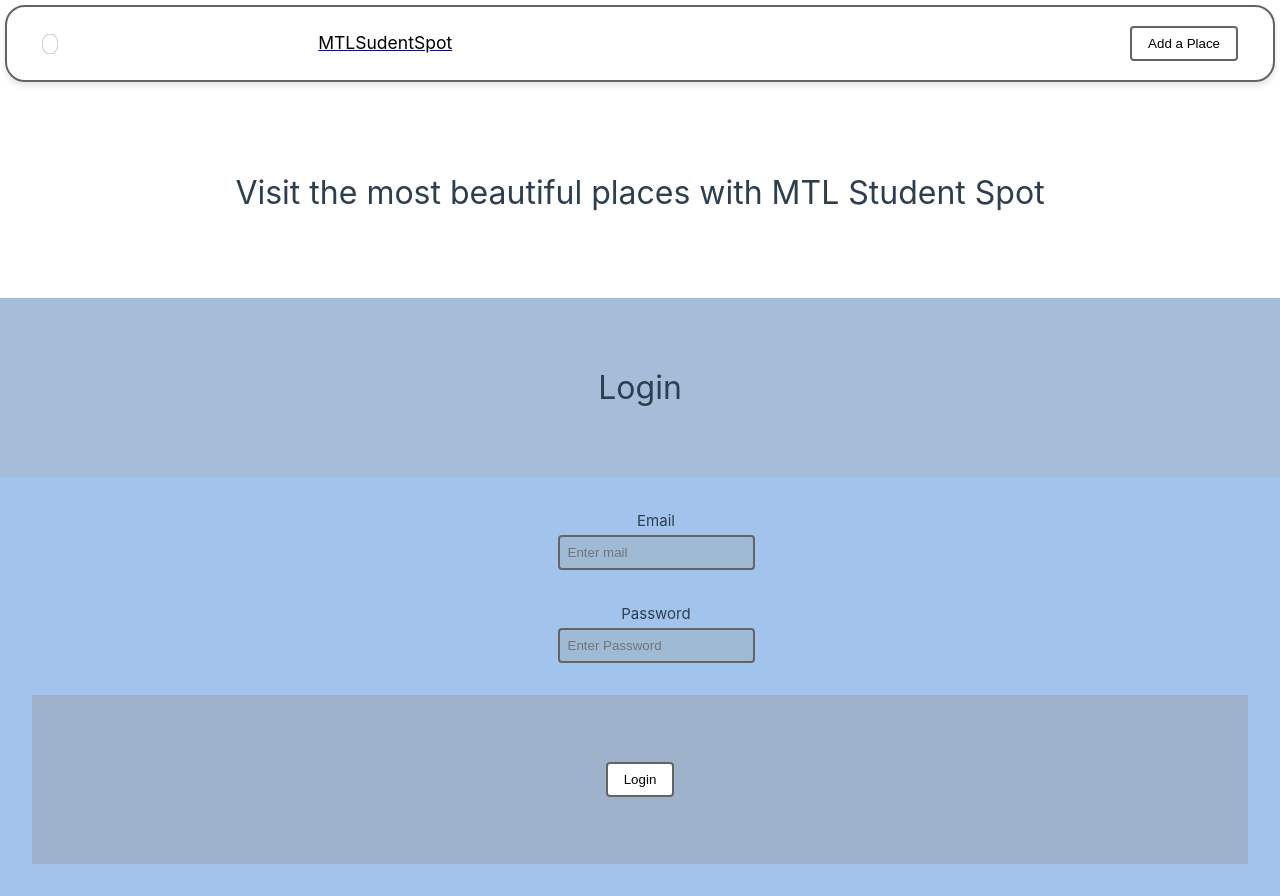
Repository: KevMn6ix/MOD8-2232-GRA-Damois-Leroi--Morant-Munto
Page: /login (app in client/)
An editor plug-in stored every save of this project. The page is shown before and after the next save, followed by the edit.
The browser window is 1280 px wide. The pictures show the whole page.
The project was rebuilt for these pictures with package versions that can differ from the ones it lists, and the page was loaded fresh each time. Also part of the build but not shown: client/vite.config.js, client/src/components/HelloWorld.vue, client/src/components/RowLandingPage.vue, client/src/components/PlaceItem.vue, client/server/services/places-service.js, client/src/components/PlaceList.vue, client/src/views/HomeView.vue.

Above is the page before, as saved 2023-10-18 15:19:14.

After the next save:
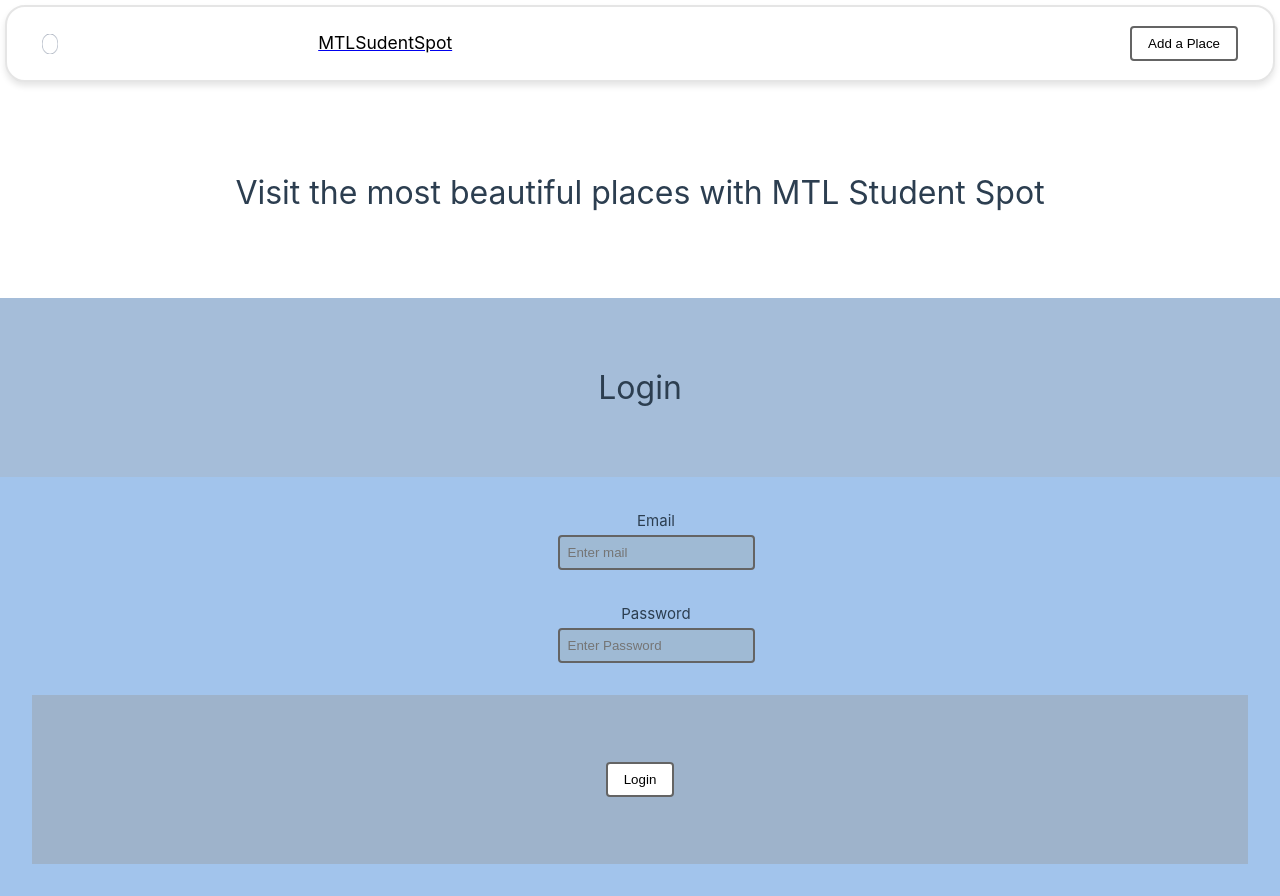
Saved 71 s later.
--- a/client/src/components/BarOutsideHome.vue
+++ b/client/src/components/BarOutsideHome.vue
@@ -46,7 +46,7 @@ nav {
     background-color: var(--color-background-header);
     color: var(--text-color-default);
     box-shadow: 0 4px 6px rgba(0, 0, 0, 0.1);
-
+    border: 2px solid rgba(0, 0, 0, 0.1);
 }
 
 button {
